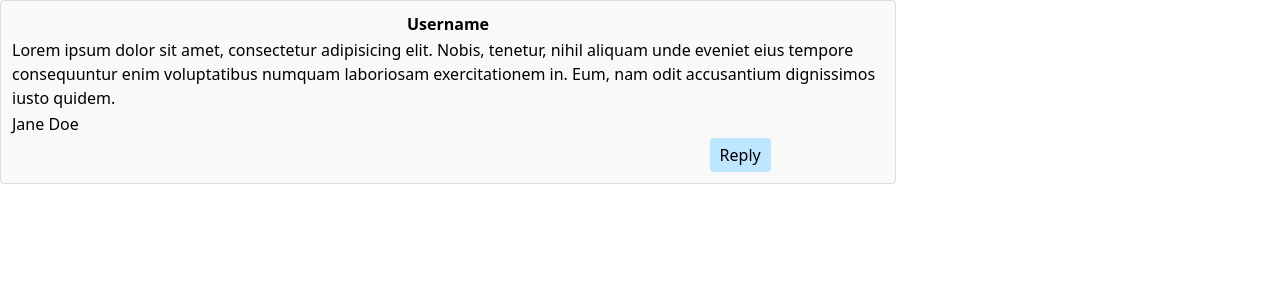
Repository: Yahya9102/Java22-ux22-Sideproject-main
Page: /
An editor plug-in stored every save of this project. The page is shown before and after the next save, followed by the edit.
The browser window is 1280 px wide. The pictures show the whole page.
The project was rebuilt for these pictures with package versions that can differ from the ones it lists, and the page was loaded fresh each time. The framework's server and built-in components were replaced by stand-ins that run in the browser. Also part of the build but not shown: next.config.js.

Above is the page before, as saved 2023-04-13 10:20:22.

After the next save:
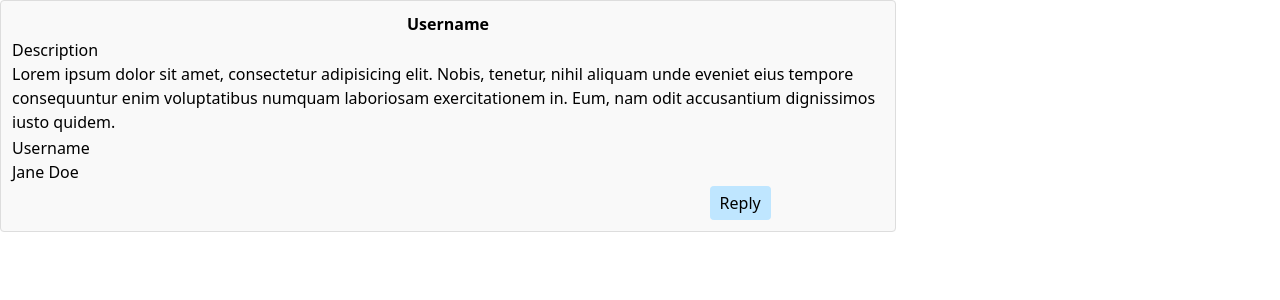
Saved 51 s later.
--- a/p-components/body.tsx
+++ b/p-components/body.tsx
@@ -12,26 +12,36 @@ const Body: NextPage<Props> = ({}) => {
             <th className={styles.tableHeader_body}>Username</th>
           </tr>
         </thead>
-        <fieldset>
-          <tbody>
-            <tr>
-              <td data-label="Description">
-                Lorem ipsum dolor sit amet, consectetur adipisicing elit. Nobis,
-                tenetur, nihil aliquam unde eveniet eius tempore consequuntur
-                enim voluptatibus numquam laboriosam exercitationem in. Eum, nam
-                odit accusantium dignissimos iusto quidem.
-              </td>
-            </tr>
-            <tr>
-              <td data-label="Username">Jane Doe</td>
-            </tr>
-            <tr>
-              <td>
-                <button className={styles.table_button}>Reply</button>
-              </td>
-            </tr>
-          </tbody>
-        </fieldset>
+
+        <tbody>
+          <tr>
+            <td>
+              <fieldset className={styles.fieldset_row}>
+                <legend>Description</legend>
+                <p>
+                  Lorem ipsum dolor sit amet, consectetur adipisicing elit.
+                  Nobis, tenetur, nihil aliquam unde eveniet eius tempore
+                  consequuntur enim voluptatibus numquam laboriosam
+                  exercitationem in. Eum, nam odit accusantium dignissimos iusto
+                  quidem.
+                </p>
+              </fieldset>
+            </td>
+          </tr>
+          <tr>
+            <td>
+              <fieldset className={styles.fieldset_row}>
+                <legend>Username</legend>
+                <p>Jane Doe</p>
+              </fieldset>
+            </td>
+          </tr>
+          <tr>
+            <td>
+              <button className={styles.table_button}>Reply</button>
+            </td>
+          </tr>
+        </tbody>
       </table>
     </fieldset>
   )
